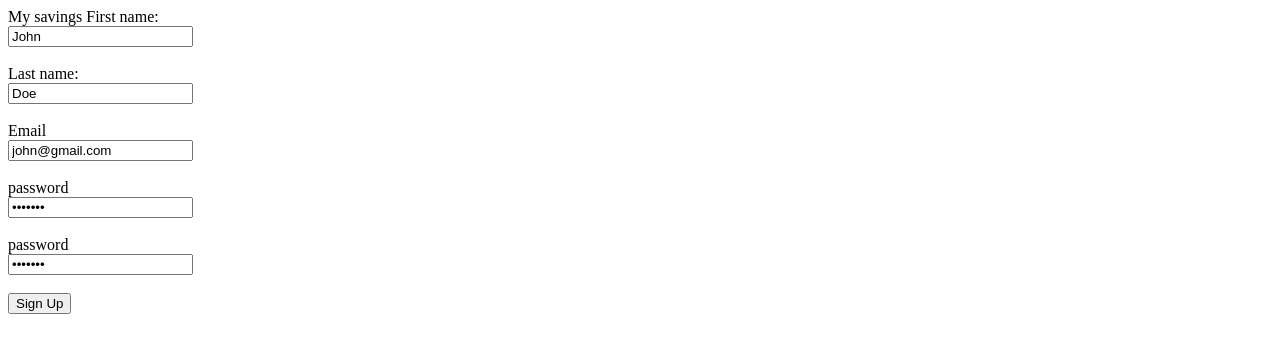
Repository: reemoon-ctrl/hotel-website
Page: mine-form_styling_start.html
The author's editor kept a copy of each file at every save. The page is drawn from the files as they stood at one save, then again after the next save.
The browser window is 1280 px wide. The pictures show the whole page.

Above is the page before, as saved 2024-07-20 13:41:33.

### mine-form_styling_start.html
<!DOCTYPE html>
<html lang="en">
<head>
    <meta charset="UTF-8">
    <meta name="viewport" content="width=device-width, initial-scale=1.0">
    <title>Document</title>
<style>
    .form{

    }
    .container{
        margin: auto;

    }
</style>
</head>

<body>
    <div class="container"></div>
    <form class="form" action="/action_page.php">
        <caption style="text-align:right">My savings</caption>
        <label for="fname">First name:</label><br>
        <input type="text" id="fname" name="fname" value="John"><br><br>
        <label for="lname">Last name:</label><br>
        <input type="text" id="lname" name="lname" value="Doe"><br><br>
        <label for="Email ">Email</label><br>
        <input type="text" id="email" name="Email" value="john@gmail.com"><br><br>
        <label for="password">password</label><br>
        <input type="password" id="password" name="password" value="fffffff"><br><br>
        <label for="password">password</label><br>
        <input type="password" id="confirm password" name="confirm password" value="fffffff"><br><br>


        <input type="submit" value="Sign Up">
      </form>

</body>
</html>

After the next save:
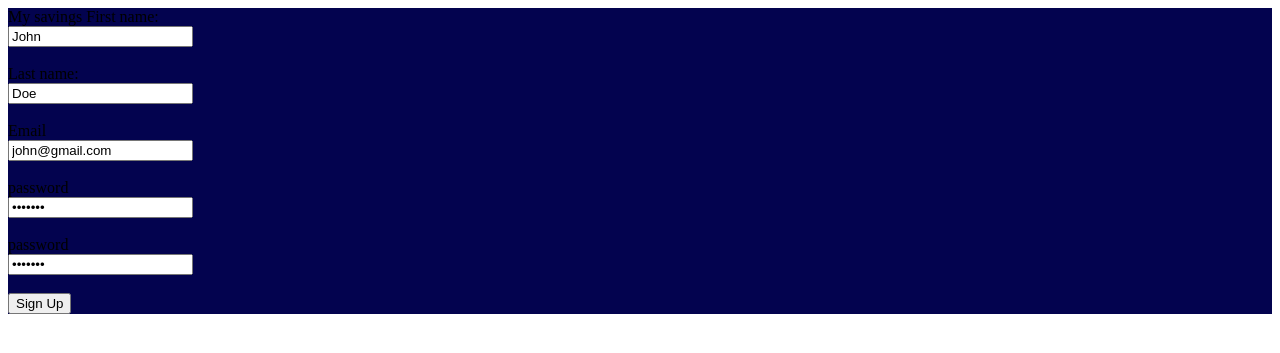
Saved 4 s later.
--- a/mine-form_styling_start.html
+++ b/mine-form_styling_start.html
@@ -6,7 +6,7 @@
     <title>Document</title>
 <style>
     .form{
-
+        background: rgb(3, 3, 79);
     }
     .container{
         margin: auto;
